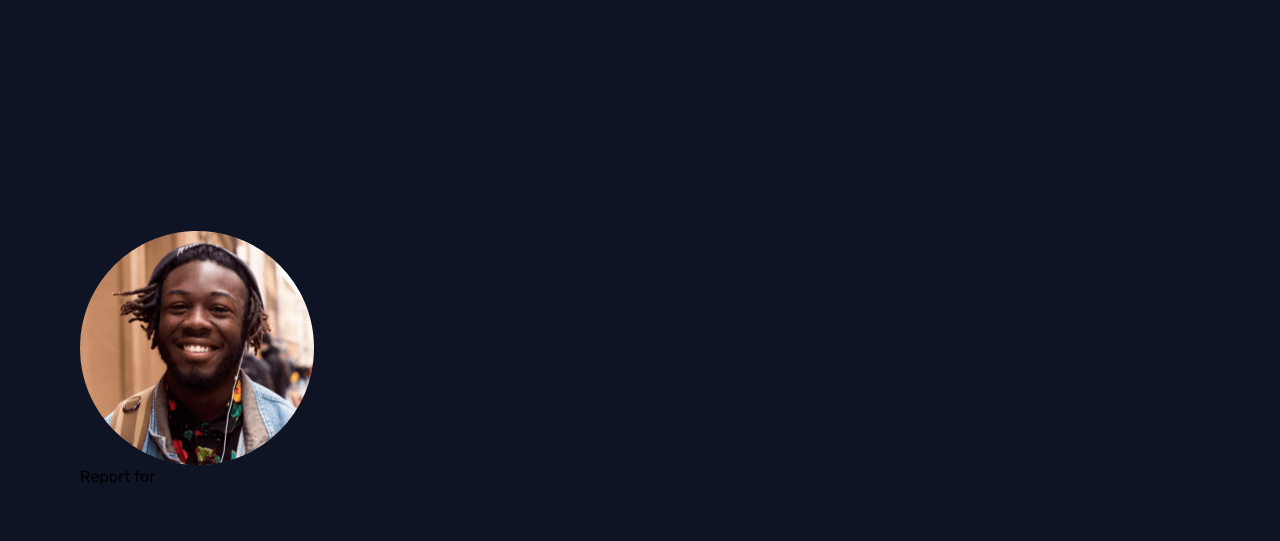
Repository: Akashiii1/WebTimeTracking_Day6
Page: index.html
These files come from the project's save history. The page is drawn as it stood at one moment and after the next save; the edit follows.
The browser window is 1280 px wide. The pictures show the whole page.

Above is the page before, as saved 2021-12-26 23:39:45.

### index.html
<!DOCTYPE html>
<html lang="en">
  <head>
    <meta charset="UTF-8" />
    <meta name="viewport" content="width=device-width, initial-scale=1.0" />
    <!-- displays site properly based on user's device -->

    <link
      rel="icon"
      type="image/png"
      sizes="32x32"
      href="./images/favicon-32x32.png"
    />

    <title>Frontend Mentor | Time tracking dashboard</title>

    <!-- Feel free to remove these styles or customise in your own stylesheet 👍 -->
    <link rel="stylesheet" href="style.css" />
    <style>
      .attribution {
        font-size: 11px;
        text-align: center;
      }

      .attribution a {
        color: hsl(228, 45%, 44%);
      }
    </style>
  </head>

  <body>
    <div class="container">
      <div class="user">
        <div class="user-img">
          <img src="images/image-jeremy.png" alt="" />
        </div>
        <div class="user-content">
          <p class="user-info">Report for</p>
          <h2 class="user-name"></h2>
        </div>
      </div>
    </div>

    <!-- <div class="attribution">
      Challenge by
      <a href="https://www.frontendmentor.io?ref=challenge" target="_blank"
        >Frontend Mentor</a
      >. Coded by <a href="#">Your Name Here</a>.
    </div> -->
    <script src="app.js"></script>
  </body>
</html>

### style.css
@import url('https://fonts.googleapis.com/css2?family=Rubik:wght@300;400;500&display=swap');
:root{
  --Blue: hsl(246, 80%, 60%);

 --Lightred: hsl(15, 100%, 70%);/*(work)*/
 --Softblue : hsl(195, 74%, 62%);/*(play)*/
 --Lightred : hsl(348, 100%, 68%);/*(study)*/
 --Limegreen : hsl(145, 58%, 55%);/*(exercise)*/
 --Violet: hsl(264, 64%, 52%);/*(social)*/
 --Softorange : hsl(43, 84%, 65%);/*(self care)*/

  --Verydarkblue: hsl(226, 43%, 10%);
  --Darkblue: hsl(235, 46%, 20%);
  --Desaturatedblue: hsl(235, 45%, 61%);
  --PaleBlue: hsl(236, 100%, 87%);
}
*,
*::before,
*::after {
  box-sizing: border-box;
}
body,
h1,
h2,
h3,
h4,
h5,
h6,
p,
figure,
picture {
  margin: 0;
}
body {
  min-height: 100vh;
  line-height: 1.5;
}
input,
button,
select,
textarea {
  font: inherit;
}
img,
picture {
  display: block;
  max-width: 100%;
}
body{
  font-family: 'Rubik', sans-serif;
  background: var(--Verydarkblue);
  min-height: 100vh;
  display: flex;
  justify-content: center;
  align-items: center;
}
.container{
  width: 1120px;
}
/* remove animation for people who've turned them off */
@media (prefers-reduced-motion: reduce) {
  *,
  *::before,
  *::after {
    animation-duration: 0.01ms !important;
    animation-iteration-count: 1 !important;
    transition-duration: 0.01ms !important;
    scroll-behavior: auto !important;
  }
}

Loaded but not shown: app.js (no stored copy; drawn as an empty file)

After the next save:
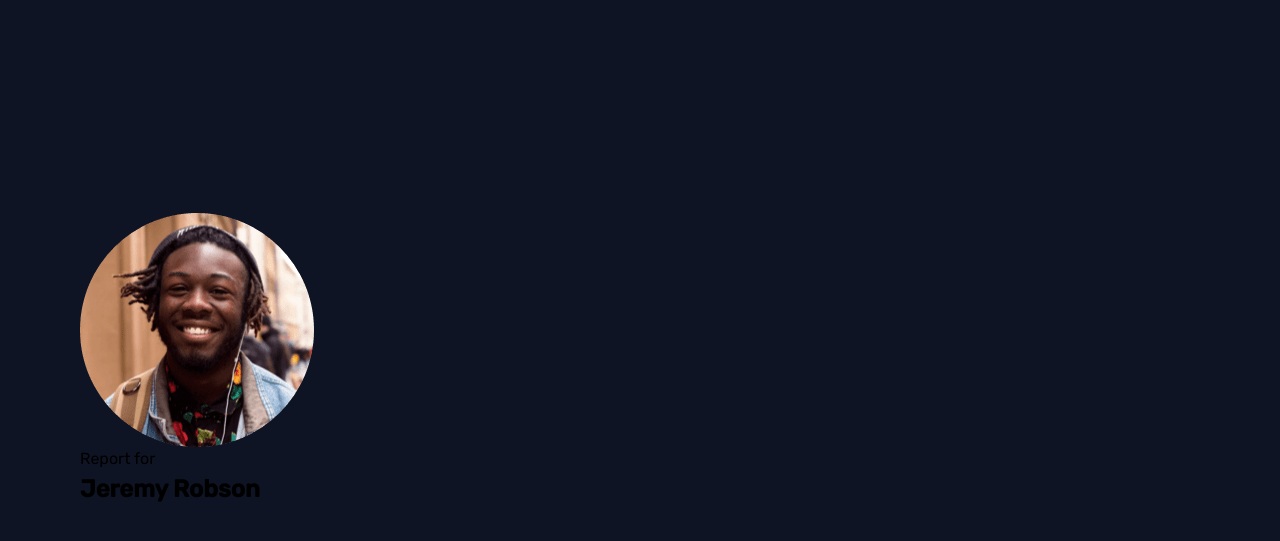
Saved 5 s later.
--- a/index.html
+++ b/index.html
@@ -36,7 +36,7 @@
         </div>
         <div class="user-content">
           <p class="user-info">Report for</p>
-          <h2 class="user-name"></h2>
+          <h2 class="user-name">Jeremy Robson</h2>
         </div>
       </div>
     </div>
